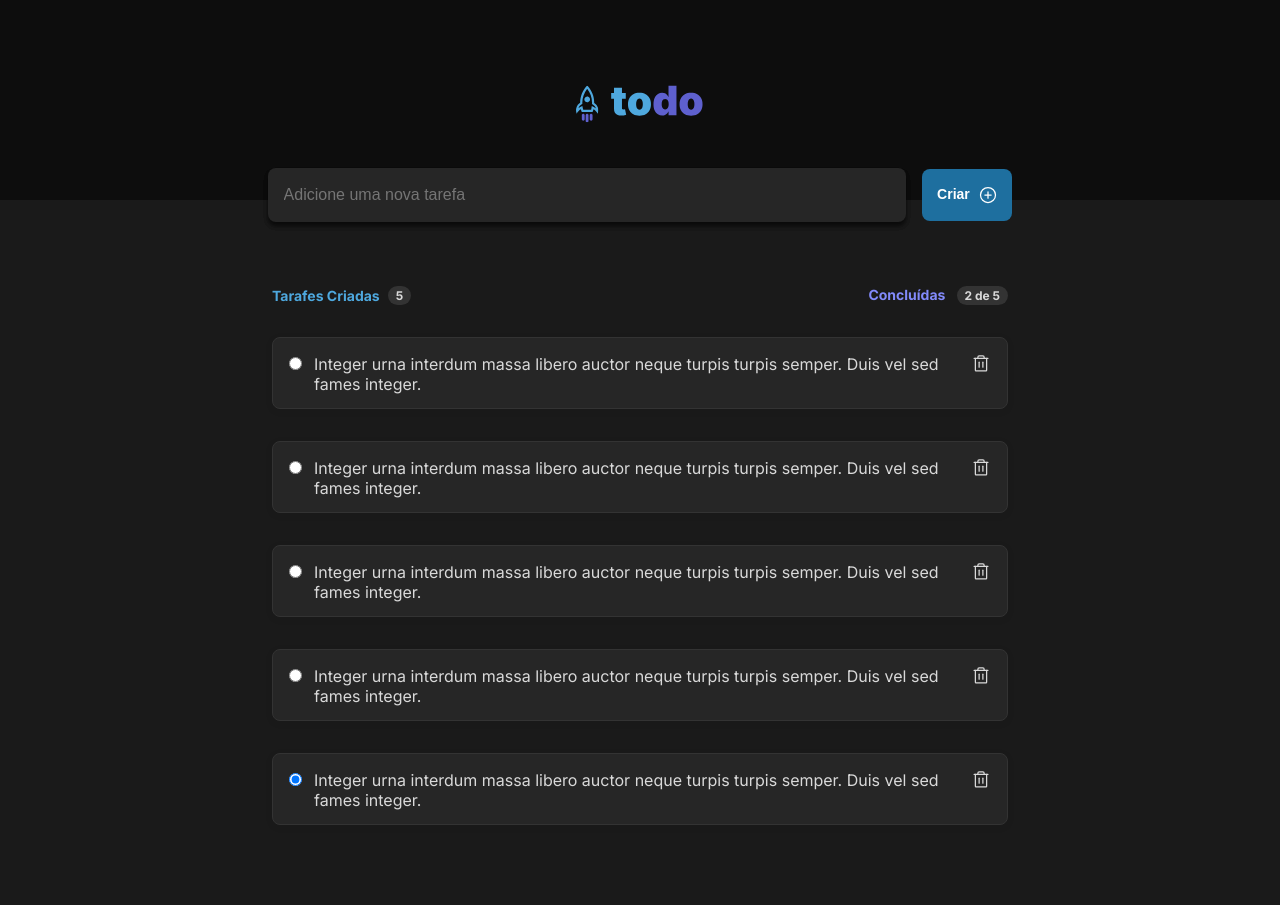
Repository: guilhermecardoso93/todolistreact
Page: /
These files come from the project's save history. The page is drawn as it stood at one moment and after the next save; the edit follows.
The browser window is 1280 px wide. The pictures show the whole page.
The project was rebuilt for these pictures with package versions that can differ from the ones it lists, and the page was loaded fresh each time. Also part of the build but not shown: vite.config.ts.

Above is the page before, as saved 2022-07-02 20:53:27.

### index.html
<!DOCTYPE html>
<html lang="en">
  <head>
    <meta charset="UTF-8" />
    <link rel="icon" type="image/svg+xml" href="/src/favicon.svg" />
    <link rel="preconnect" href="https://fonts.googleapis.com" />
    <link rel="preconnect" href="https://fonts.gstatic.com" crossorigin />
    <meta name="viewport" content="width=device-width, initial-scale=1.0" />
    <link
      href="https://fonts.googleapis.com/css2?family=Inter:wght@400;500;600;700&display=swap"
      rel="stylesheet"
    />
    <title>to do list</title>
  </head>
  <body>
    <div id="root"></div>
    <script type="module" src="/src/main.tsx"></script>
  </body>
</html>

### src/App.tsx
import "./global.css";
import { Header } from "./Header";
import { Tasks } from "./Tasks";

function App() {
  return (
    <>
      <Header />
      <div>
        <Tasks/>
      </div>
    </>
  );
}

export default App;

### src/global.css
:root {
  --white: #fff;

  --gray-100: #f2f2f2;
  --gray-100: #d9d9d9;
  --gray-300: #808080;
  --gray-400: #333333;
  --gray-500: #262626;
  --gray-600: #1a1a1a;
  --gray-700: #0d0d0d;

  --danger: #e25858;

  --purple: #828afa;
  --purple-dark: #5e60ce;

  --blue: #4ea8de;
  --blue-dark: #1e6f9f;
}

* {
  margin: 0;
  padding: 0;
  box-sizing: border-box;
}

body {
  -webkit-font-smoothing: antialiased;
  font-family: 'Inter', sans-serif;
  background: var(--gray-600);
}

### src/Header.tsx
import  Logo  from "./assets/logo.svg";

import styles from "./Header.module.css";

export function Header() {
  return (
    <header className={styles.header}>
      <img src={Logo} alt='logo' className={styles.logo}/>
    </header>
  );
}

### src/Tasks.tsx
import { Trash } from "phosphor-react";
import { TaskBar } from "./TasksBar";
import { TaskList } from "./TasksList";

import styles from "./Tasks.module.css";

export function Tasks() {
  return (
    <div className={styles.content}>
      <TaskBar />
      <div>
        <div className={styles.titles}>
          <div className={styles.titlesMake}>
            <p className={styles.titlesMakeTitle}>Tarafes Criadas</p>
            <p className={styles.titlesMakeTitleNumber}> 5 </p>
          </div>
          <div className={styles.titles}>
            <p className={styles.titlesDoneTitle}>Concluídas</p>
            <p className={styles.titlesDoneTitleNumber}> 2 de 5 </p>
          </div>
        </div>
        <TaskList />
        <TaskList />
        <TaskList />
        <TaskList />
        <TaskList />
      </div>
    </div>
  );
}

### src/Header.module.css
.header {
  height: 12.5rem;
  background: var(--gray-700);
  display: flex;
  justify-content: center;
  align-items: center;
}

.logo {
  height: 4rem;
  width: 8rem;
}

### src/TasksBar.tsx
import { PlusCircle } from "phosphor-react";

import styles from "./TasksBar.module.css";

export function TaskBar() {
  return (
    <div className={styles.container}>
      <input type="text" placeholder="Adicione uma nova tarefa" />
      <button>
        {" "}
        Criar <PlusCircle size={20} />{" "}
      </button>
    </div>
  );
}

### src/TasksList.tsx
import { Trash } from "phosphor-react";

import styles from "./TasksList.module.css";

export function TaskList() {
  return (
    <div>
      <div className={styles.tasksList}>
        <div className={styles.tasksListItem}>
          <div>
            <input type="radio" checked name="radio" />
          </div>
          <div>
            <p>
              Integer urna interdum massa libero auctor neque turpis turpis
              semper. Duis vel sed fames integer.{" "}
            </p>
          </div>
          <div>
            <button className={styles.delete}>
              <Trash size={20} />{" "}
            </button>
          </div>
        </div>
      </div>
    </div>
  );
}

### src/Tasks.module.css
.content {
  display: flex;
  flex-direction: column;
  align-items: center;
  justify-content: space-between;
  margin: auto;
  margin-bottom: 5rem;

  width: 736px;
  gap: 4rem;
}

.titles {
  display: flex;
  align-itens: center;
  justify-content: space-between;
  gap: 0.7rem;
}

.titlesMake,
.titleDone {
  display: flex;
  flex-direction: row;
  justify-content: center;
  align-items: center;
  gap: 0.5rem;
}
.titlesMakeTitle {
  color: var(--blue);
  font-weight: bold;
  font-weight: 700;
  font-size: 14px;
  line-height: 17px;
}

.titlesDoneTitle {
  color: var(--purple);
  font-weight: bold;
  font-weight: 700;
  font-size: 14px;
  line-height: 17px;
}

.titlesMakeTitleNumber,
.titlesDoneTitleNumber {
  display: flex;
  flex-direction: column;
  justify-content: center;
  align-items: center;

  width: auto;
  padding: 2px 8px;
  height: 19px;

  background: var(--gray-400);
  color: var(--gray-100);
  border-radius: 999px;

  font-style: normal;
  font-weight: 700;
  font-size: 12px;
  line-height: 15px;
}

### src/TasksBar.module.css
.container {
  display: flex;
  align-items: center;
  justify-content: center;
  margin-top: -2rem;
  gap: 1rem;
}

.container input {
  background-color: var(--gray-500);
  color: var(--gray-300);
  width: 39.93rem;
  padding: 1rem;

  font-style: normal;
  font-weight: 400;
  font-size: 1rem;
  line-height: 140%;

  border: 1px solid var(--grey-700);
  box-shadow: 0px 4px 4px rgba(0, 0, 0, 0.25), 0px 4px 4px rgba(0, 0, 0, 0.25),
    0px 4px 4px rgba(0, 0, 0, 0.25);
  border-radius: 8px;
}

.container input:focus {
  color: var(--gray-100);
}

.container button {
  background: var(--blue-dark);
  color: var(--white);
  gap: 0.5rem;
  display: flex;
  align-items: center;
  justify-content: center;
  border-radius: 8px;
  height: 3.25rem;
  width: 5.62rem;
  border: none;

  font-style: normal;
  font-weight: 700;
  font-size: 14px;
  line-height: 140%;
  cursor: pointer;

  transition: 0.2s;
}

.container button:hover {
  background: var(--blue);
}

### src/TasksList.module.css
.tasksList {
  display: flex;
  flex-direction: column;
  gap: 1rem;

  margin-top: 2rem;
}

.tasksListItem {
  display: flex;
  flex-direction: row;
  align-items: flex-start;
  padding: 16px;
  gap: 12px;

  border: 1px solid #333333;
  box-shadow: 0px 2px 8px rgba(0, 0, 0, 0.06);
  border-radius: 8px;
  background: var(--gray-500);
  color: var(--gray-100);

  width: 736px;
  height: 72px;
}

.delete {
  background: none;
  border: none;
  color: var(--gray-100);
  cursor: pointer;

  transition: 0.2s;
}

.delete:hover {
  color: var(--danger);
}

Loaded but not shown: src/main.tsx (common file)

After the next save:
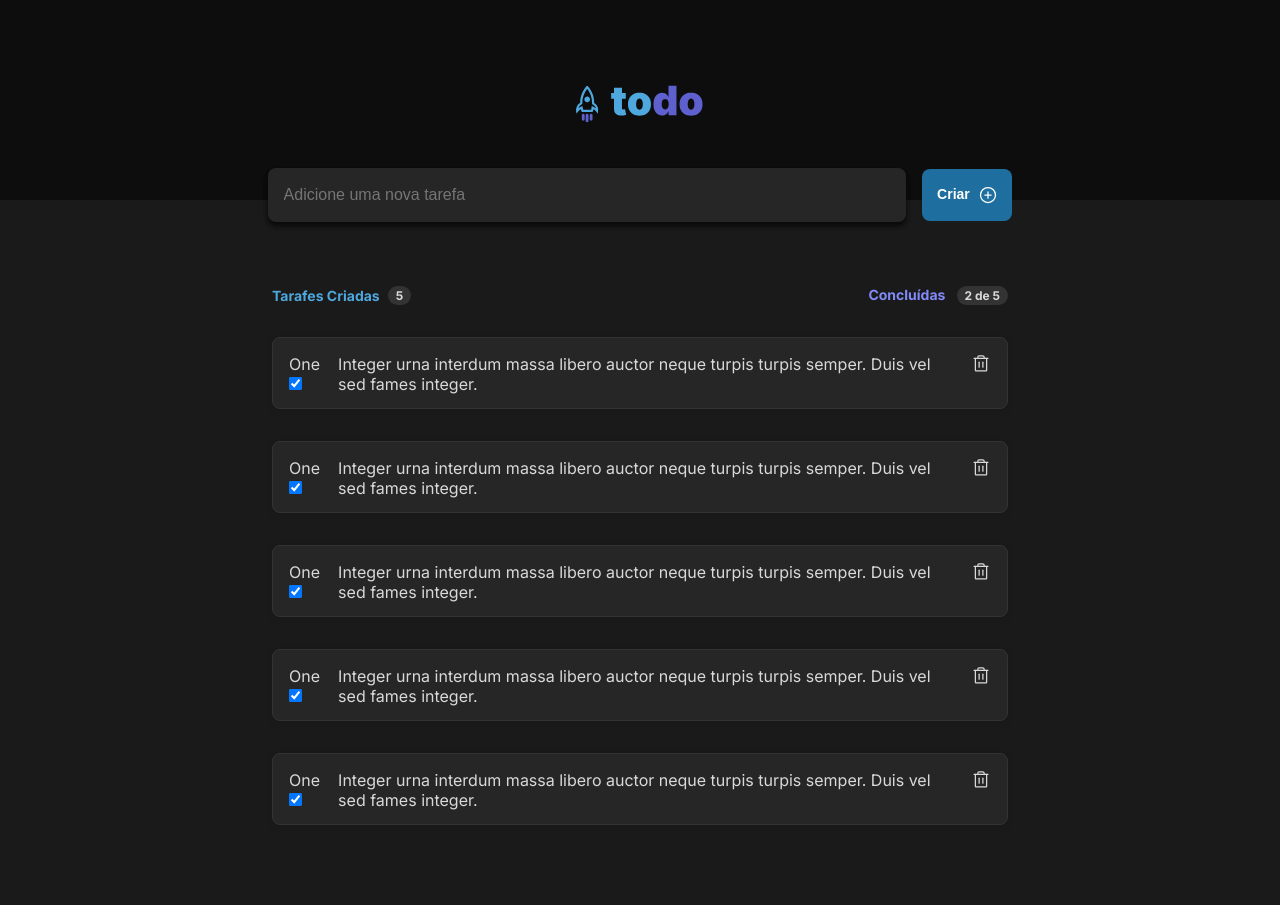
Saved 63 s later.
--- a/src/TasksList.tsx
+++ b/src/TasksList.tsx
@@ -8,7 +8,11 @@
       <div className={styles.tasksList}>
         <div className={styles.tasksListItem}>
           <div>
-            <input type="radio" checked name="radio" />
+            <label className="container">
+              One
+              <input type="checkbox" checked />
+              <span className="checkmark"></span>
+            </label>
           </div>
           <div>
             <p>

After the save that followed:
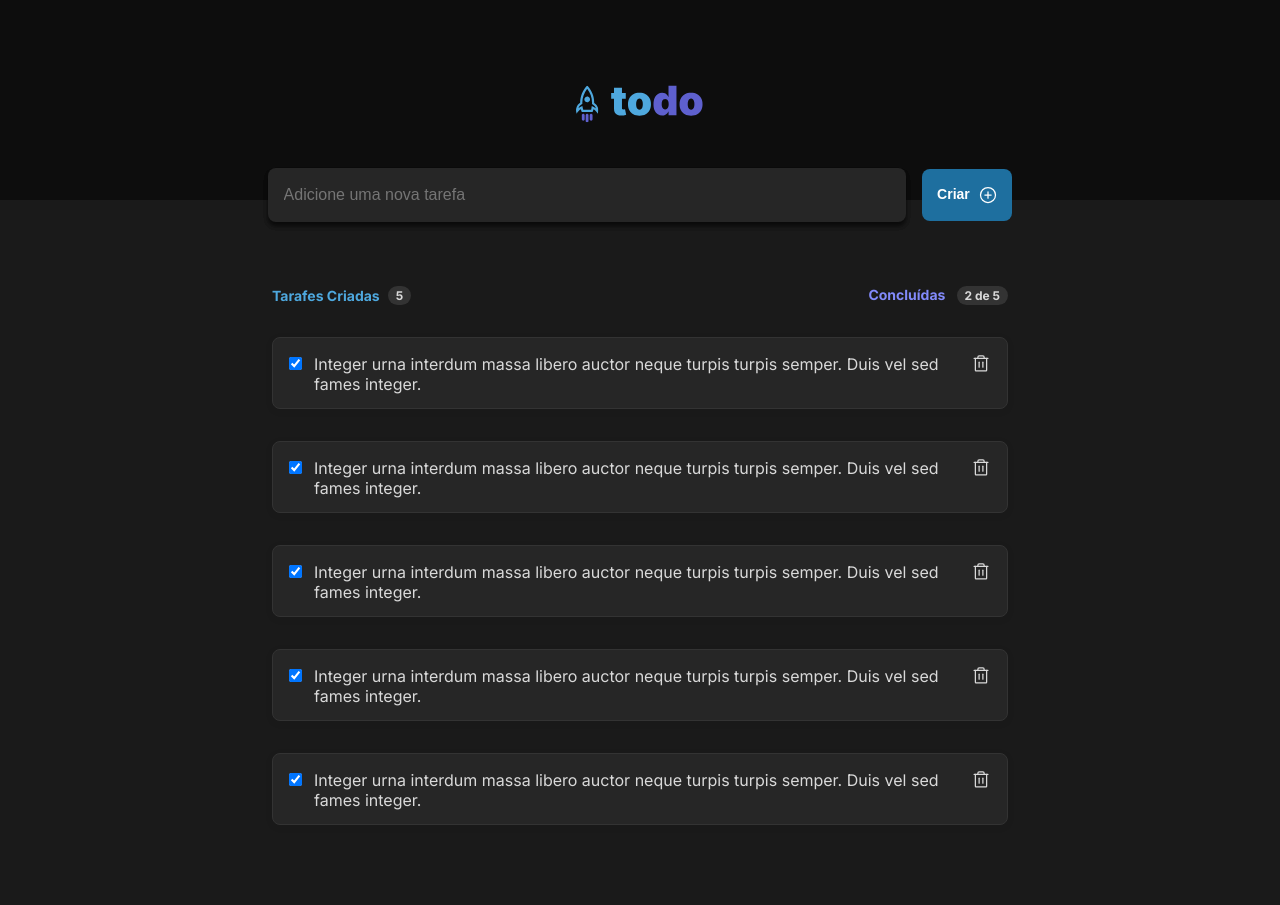
Saved 8 s later.
--- a/src/TasksList.tsx
+++ b/src/TasksList.tsx
@@ -9,7 +9,6 @@
         <div className={styles.tasksListItem}>
           <div>
             <label className="container">
-              One
               <input type="checkbox" checked />
               <span className="checkmark"></span>
             </label>
